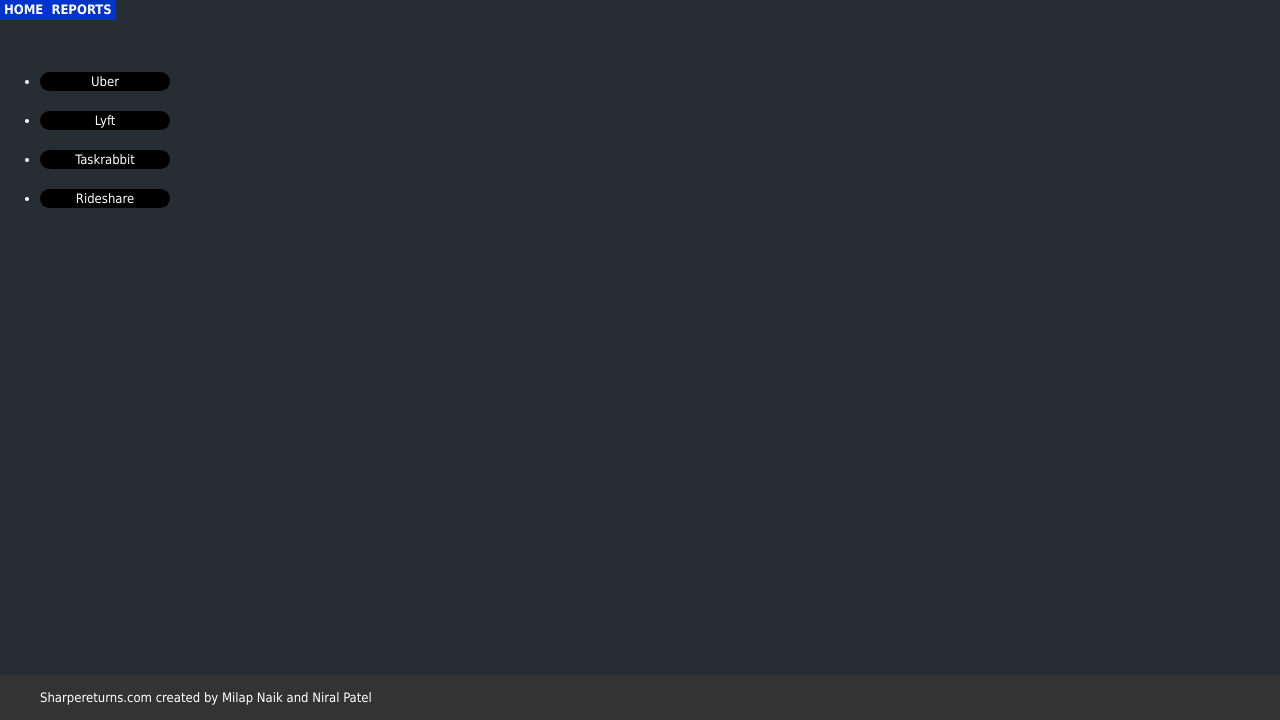
Repository: MilapNaik/Sharpereturns
Page: share.html
The author's editor kept a record of every edit. The page is drawn from the files as they stood at one moment, then again after the next edit.
The browser window is 1280 px wide. The pictures show the whole page.

Above is the page before.

### share.html
<!DOCTYPE html>
<html>
<head>
<meta charset="UTF-8">

	<title>BSE Review</title>

	<link rel="stylesheet" type="text/css" href="style.css"/>

	<!--[if lt IE 9]>
  	<script src="http://html5shiv.googlecode.com/svn/trunk/html5.js"></script>
  	<![endif]-->
</head>
<body>
	<nav>
	<ul>
		<li><a href="/index.html">Home</a></li>
		<li><a href="/reports.html">Reports</a></li>
	</ul>
	</nav>

	<br>
	<br>

	<section>
	<ul>
		<li><a href="">Uber</a></li><br>
		<li><a href="">Lyft</a></li><br>
		<li><a href="">Taskrabbit</a></li><br>
		<li><a href="">Rideshare</a></li><br>
	</section>


</body>
<footer>
	<p>Sharpereturns.com created by Milap Naik and Niral Patel</p>
</footer>
</html>

### style.css
header, footer, aside, nav, main, article, figure {
    display: block;
}

body {
    margin: 0;
    padding: 0;
    color: #FFFFFF;
    font-family: Tahoma, Geneva, sans-serif;
    font-size: 13px;
    line-height: 1.5em;
    background-color: #262e34;

}
nav ul {
    list-style-type: none;
    margin: 0;
    padding: 0;
    overflow: hidden;
    width: 900px;

}
nav ul li {
    list-style-type: none;
    display: inline;
    float: left;
}

nav a:link, a:visited {
    /*display: block;*/
    width: 135px;
    font-weight: bold;
    color: #FFFFFF;
    background-color: #0033CC;
    text-align: center;
    padding: 4px;
    text-decoration: none;
    text-transform: uppercase;
}

h3{
   font-weight:bold;
}

h5{
   font-style: italic;
}

p{
    margin-left: 40px;
}

#holders {/*Table in reports*/
width:70%;
margin-left:15%;
margin-right:15%;
}

section a:link, a:visited { /*group of links in index & share*/
    display: block;
    width: 130px;
    color: #FFFFFF;
    background-color: #000000;
    text-align: center;
    border: 2px black;
    border-radius: 20px;
    text-decoration: none;
}


footer {
    background-color: #333;
    width: 100%;
    bottom: 0;
    position: fixed;
}

.date{
    position: absolute;
    right: 0px;
    bottom: 0px;
}

After the next edit:
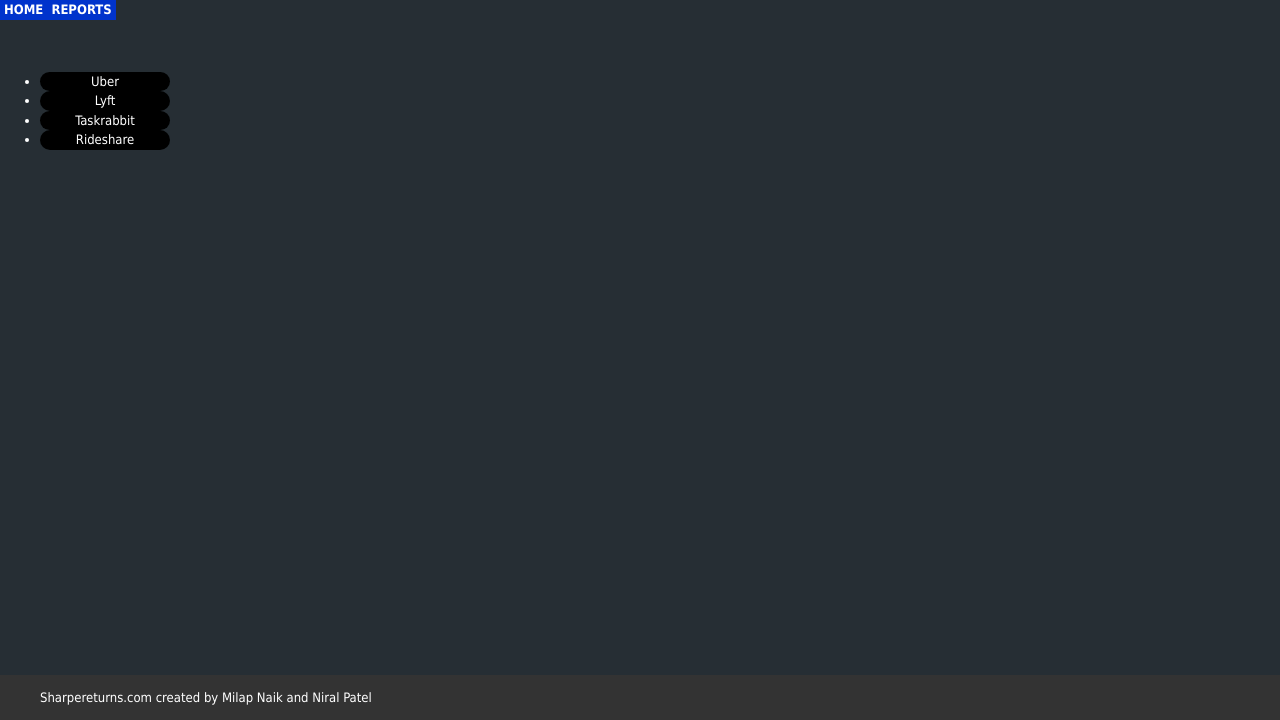
The edit:
--- a/share.html
+++ b/share.html
@@ -24,10 +24,11 @@
 
 	<section>
 	<ul>
-		<li><a href="">Uber</a></li><br>
-		<li><a href="">Lyft</a></li><br>
-		<li><a href="">Taskrabbit</a></li><br>
-		<li><a href="">Rideshare</a></li><br>
+		<li><a href="">Uber</a></li>
+		<li><a href="">Lyft</a></li>
+		<li><a href="">Taskrabbit</a></li>
+		<li><a href="">Rideshare</a></li>
+	</ul>
 	</section>
 
 
